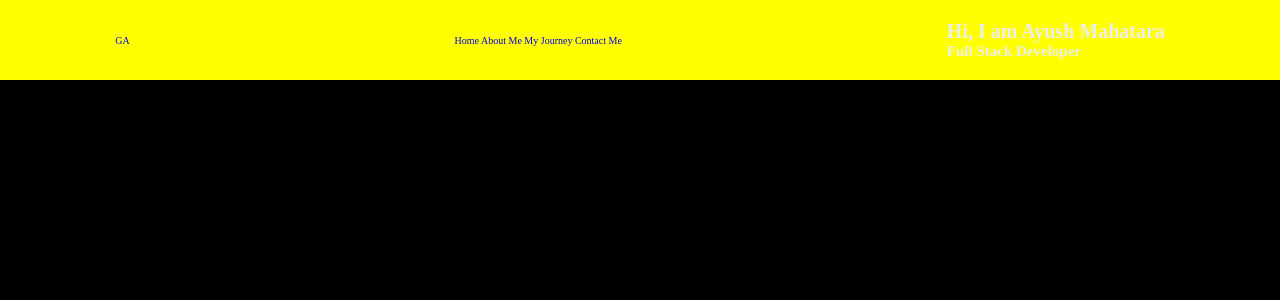
Repository: AyushMahatara/personal-website
Page: New folder/index.html
The author's editor kept a copy of each file at every save. The page is drawn from the files as they stood at one save, then again after the next save.
The browser window is 1280 px wide. The pictures show the whole page.

Above is the page before, as saved 2023-08-09 23:16:50.

After the next save:
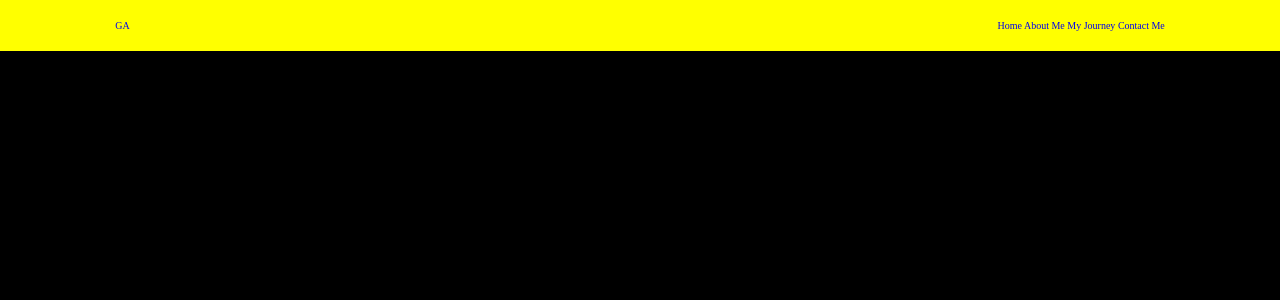
Saved 69 s later.
--- a/New folder/index.html
+++ b/New folder/index.html
@@ -18,10 +18,10 @@
         <a href="#">Contact Me</a>
         <!-- <a href="#">Home</a> -->
       </nav>
-      <div class="intro">
+      <!-- <div class="intro">
         <h1>Hi, I am Ayush Mahatara</h1>
         <h2>Full Stack Developer</h2>
-      </div>
+      </div> -->
     </header>
     <!-- <div class="second">
       <h2>ABOUT ME</h2>
